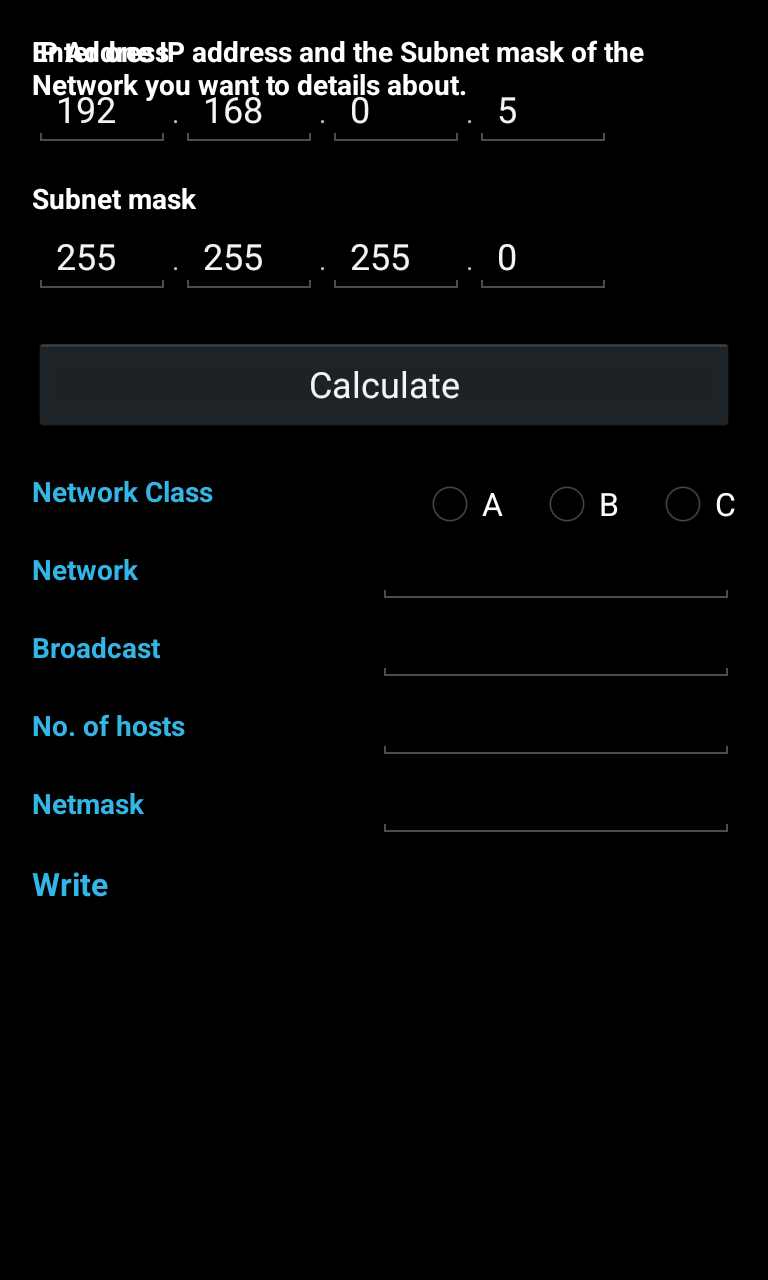
Repository: bighost/Simple-Subnetting
Layout: Android/SimpleSubnet/res/layout/activity_main.xml
An editor plug-in stored every save of this project. The layout is shown before and after the next save, followed by the edit.
It is drawn on a 768 x 1280 px phone screen (xhdpi) without system bars, with theme android:Theme.Holo; the app's code is not run.

Above is the layout before, as saved 2014-01-14 19:16:13.

After the next save:
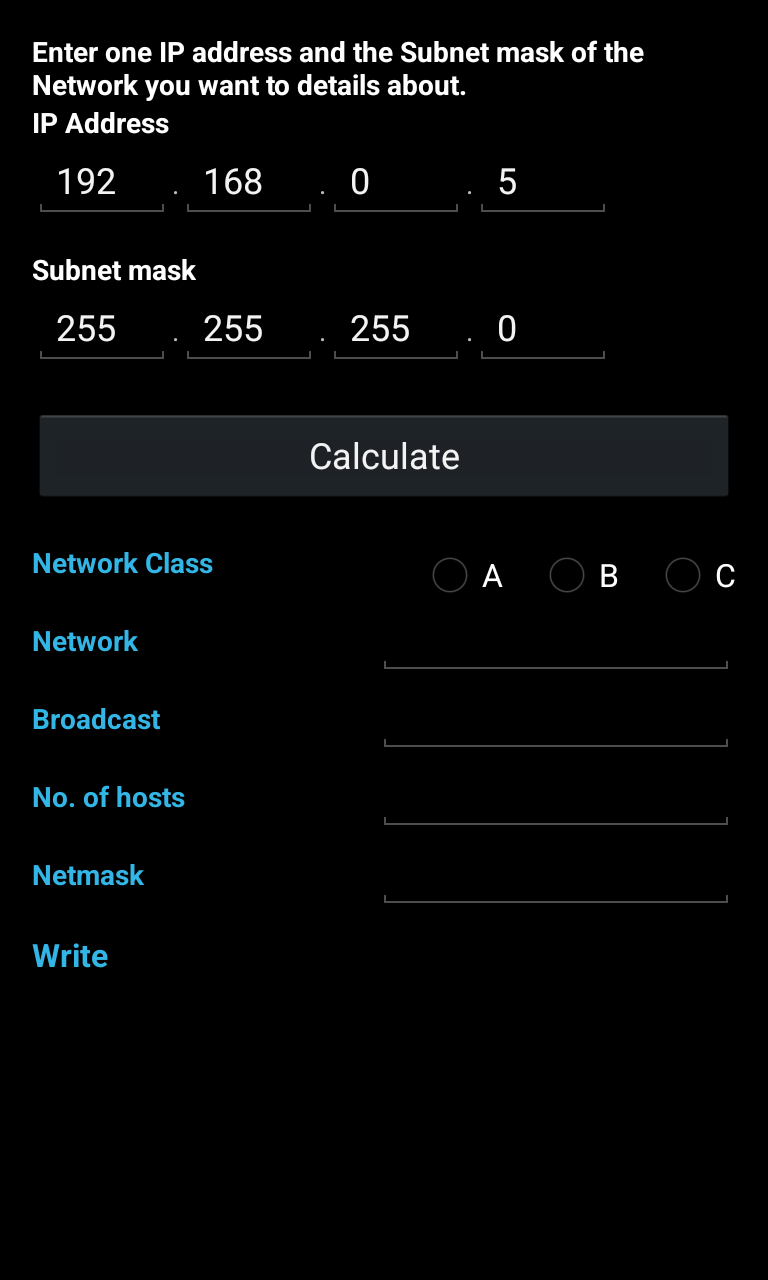
Saved 74 s later.
--- a/Android/SimpleSubnet/res/layout/activity_main.xml
+++ b/Android/SimpleSubnet/res/layout/activity_main.xml
@@ -20,7 +20,7 @@
             >
 
 		    <TextView
-		        android:id="@+id/text_view_ip_address"
+		        android:id="@+id/text_view_instructions"
 		        android:layout_width="wrap_content"
 		        android:layout_height="wrap_content"
 		        android:layout_alignParentTop="true"
@@ -34,7 +34,7 @@
 		        android:id="@+id/text_view_ip_address"
 		        android:layout_width="wrap_content"
 		        android:layout_height="wrap_content"
-		        android:layout_alignParentTop="true"
+		        android:layout_below="@id/text_view_instructions"
 		        android:text="IP Address"
 		        android:textAppearance="?android:attr/textAppearanceSmall"
 		        android:textColor="@color/white"
